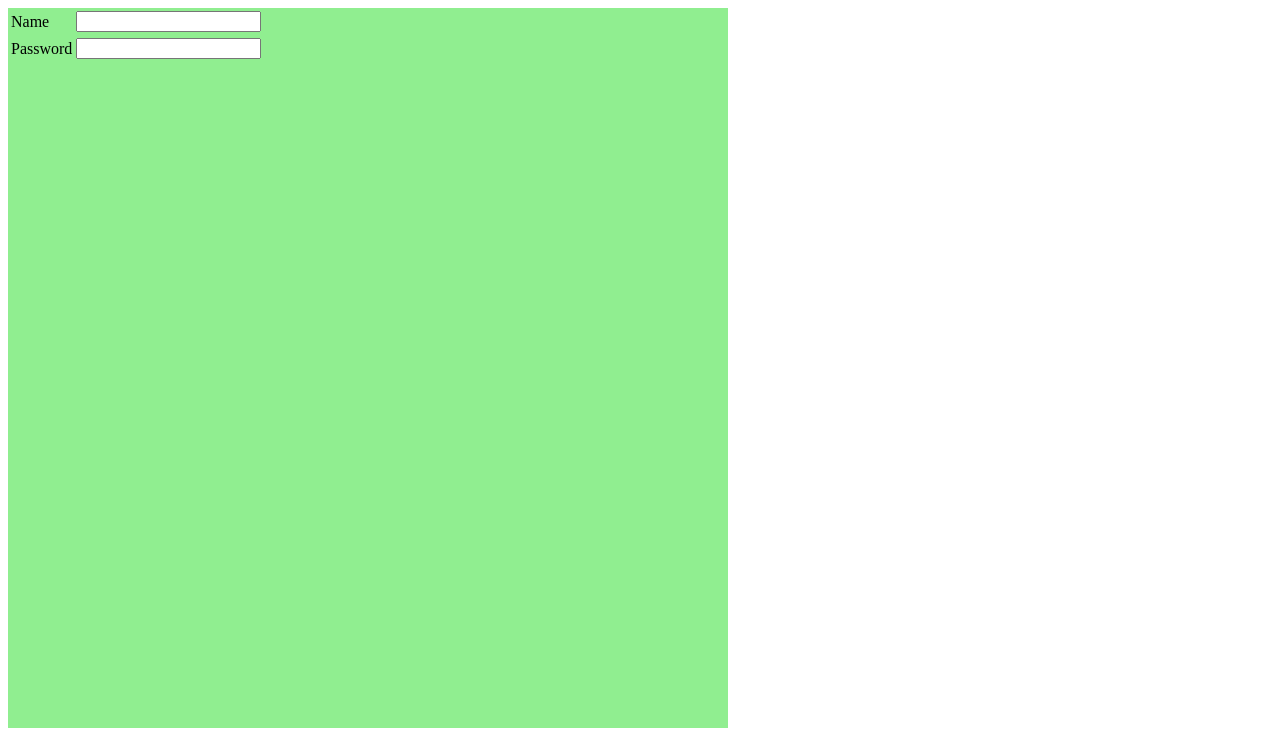
Repository: yash1sh/Java
Page: http://localhost/Servlet_Demo/
The author's editor kept a copy of each file at every save. The page is drawn from the files as they stood at one save, then again after the next save.
The browser window is 1280 px wide. The pictures show the whole page.
The page is served by Tomcat 9. Other server files are loaded and not shown.

Above is the page before, as saved 2022-05-14 09:33:07.

### Bootcmp/Servlet_Demo/src/main/webapp/index.html
<!DOCTYPE html>
<html>
<head>
<meta charset="ISO-8859-1">
<title>Insert title here</title>
<link rel="stylesheet" type="text/css" href="indexcss.css">
</head>
<body>
	<section class="form">
		<article>
			<form action="">
				<table>
					<tr> <td> <label>Name</label> </td>
						<td><input type="text" id="Name"></td>
					<tr>
					<tr>
						<td><label>Password</label></td>
						<td><input type="password" id="password"></td>
					</tr>
				</table>
			</form>
		</article>
	</section>





</body>
</html>

### Bootcmp/Servlet_Demo/src/main/webapp/indexcss.css
@charset "ISO-8859-1";
.form{
	background-color: lightgreen;
	width:100vh;
	height:100vh;
	color:black;

}

After the next save:
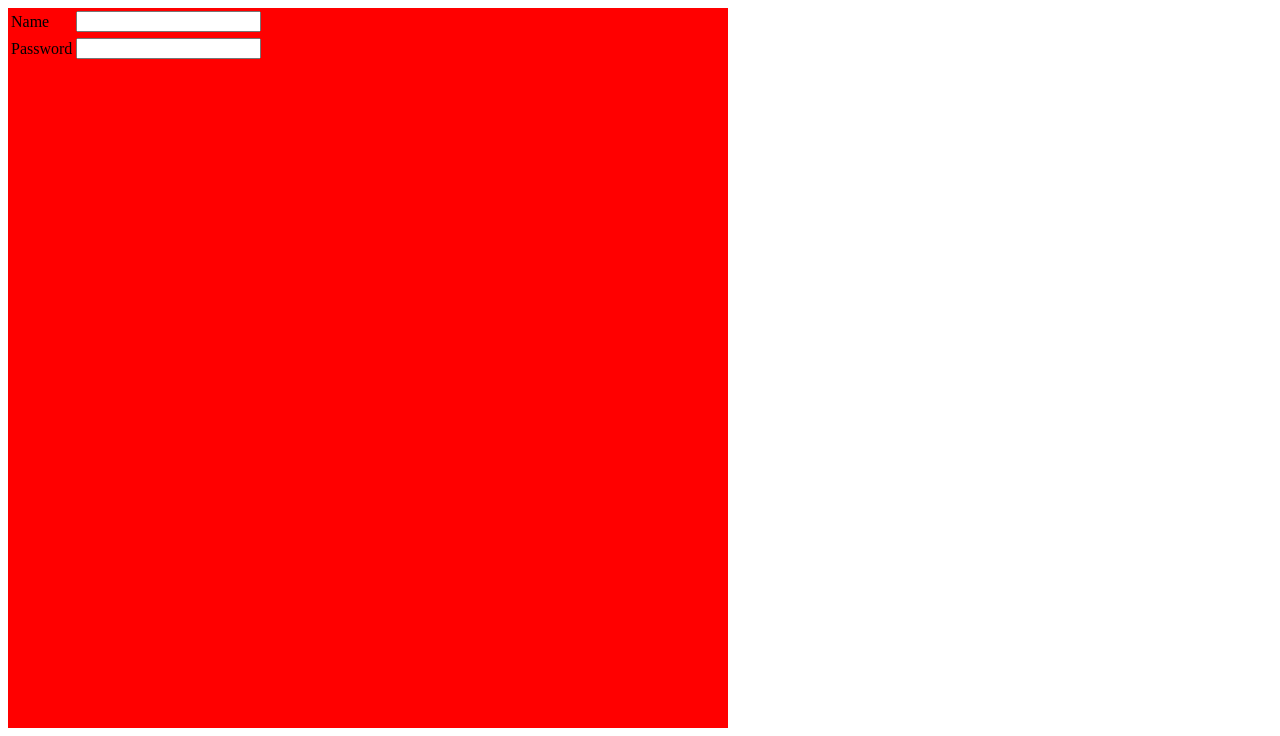
Saved 11 s later.
--- a/Bootcmp/Servlet_Demo/src/main/webapp/indexcss.css
+++ b/Bootcmp/Servlet_Demo/src/main/webapp/indexcss.css
@@ -1,6 +1,6 @@
 @charset "ISO-8859-1";
 .form{
-	background-color: lightgreen;
+	background-color: red;
 	width:100vh;
 	height:100vh;
 	color:black;
